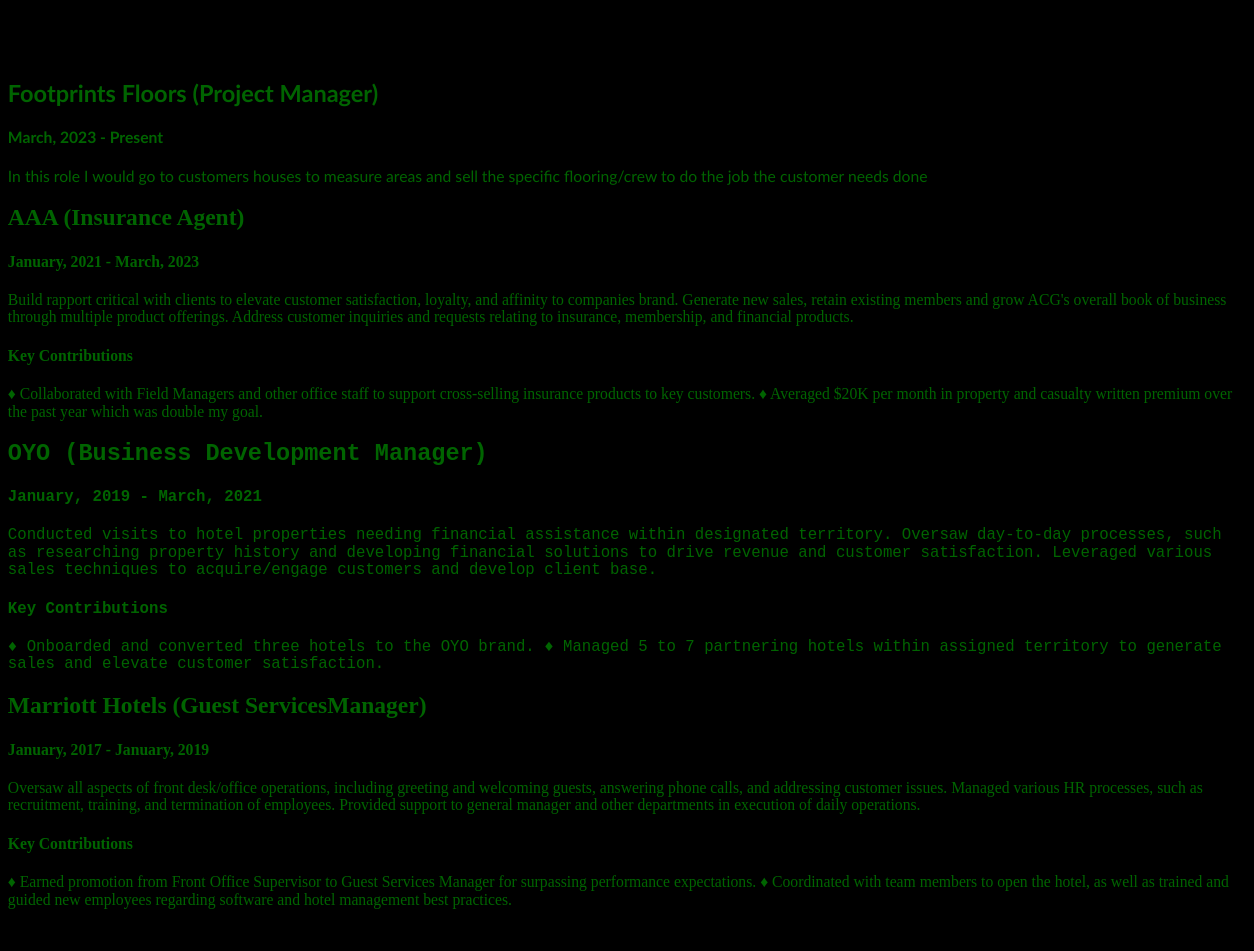
Repository: TEazy2433/LAB-HTML-Resume
Page: index.html
An editor plug-in stored every save of this project. The page is shown before and after the next save, followed by the edit.
The browser window is 1280 px wide. The pictures show the whole page, at 98% of full size.

Above is the page before, as saved 2023-10-11 20:25:12.

After the next save:
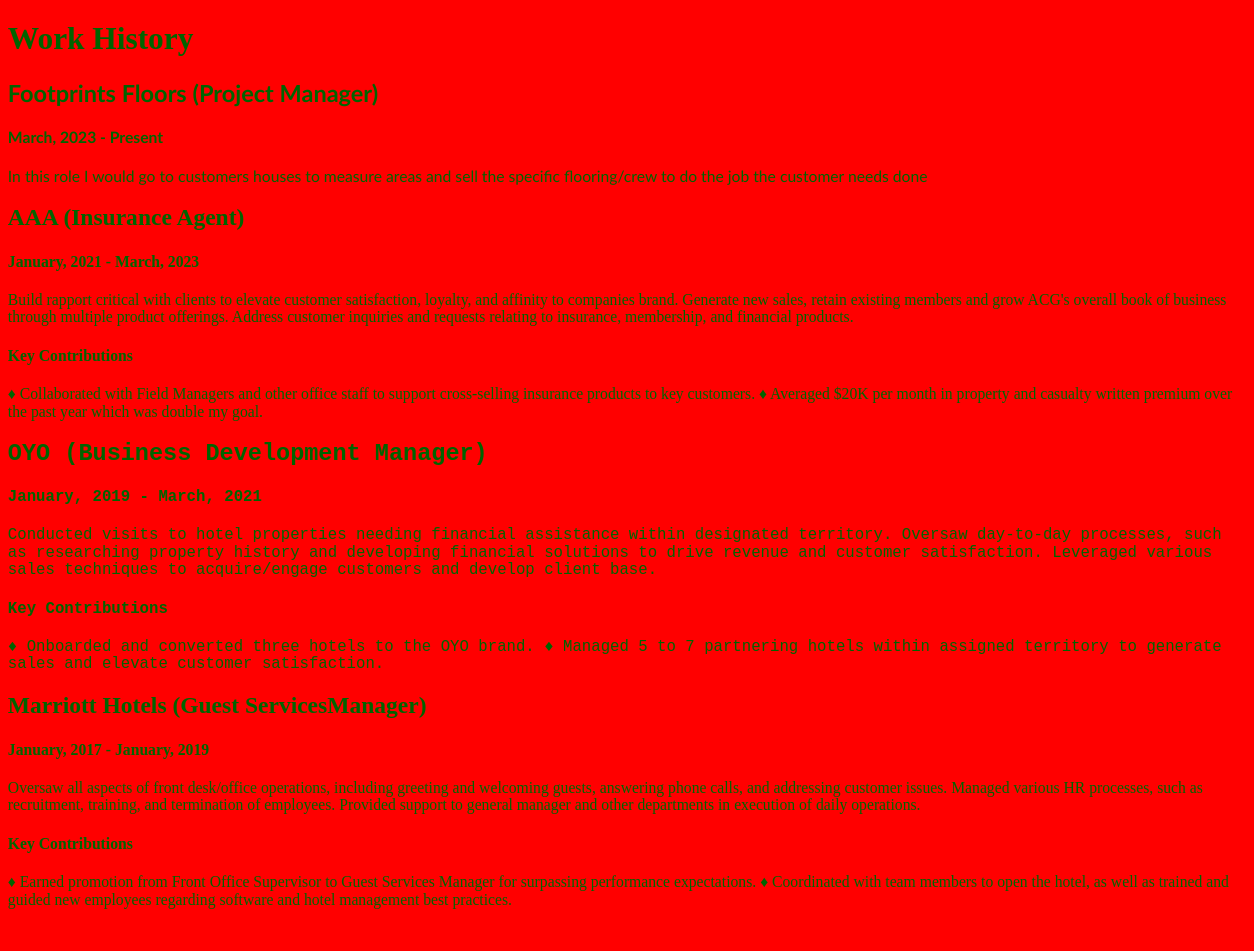
Saved 45 s later.
--- a/main.css
+++ b/main.css
@@ -1,10 +1,10 @@
 body{
-  background-color: black;
+  background-color: red;
 }
 
 h1{
   color:darkgreen
-  border: lpx dotted  darkgreen
+
 }
 
 h2{
